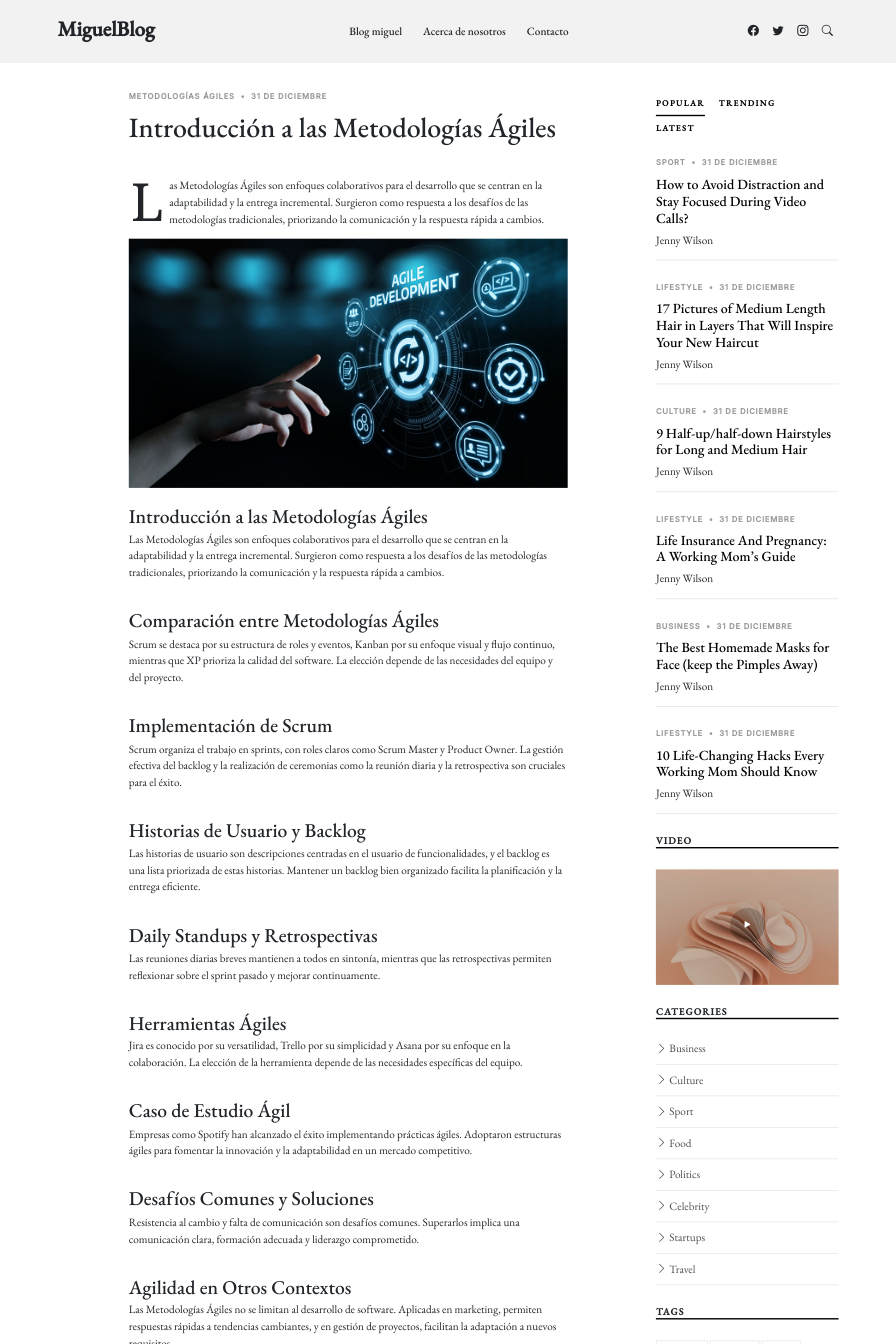
Repository: MiguelDev5/blog-miguel
Page: ma-post.html
An editor plug-in stored every save of this project. The page is shown before and after the next save, followed by the edit.
The browser window is 1280 px wide. The pictures show the part of the page from y = 0 to 1920 px (the page is 3064 px tall), at 70% of full size.
Some web fonts or font styles are not loaded; a fallback is used.

Above is the page before, as saved 2024-01-01 14:15:18.

After the next save:
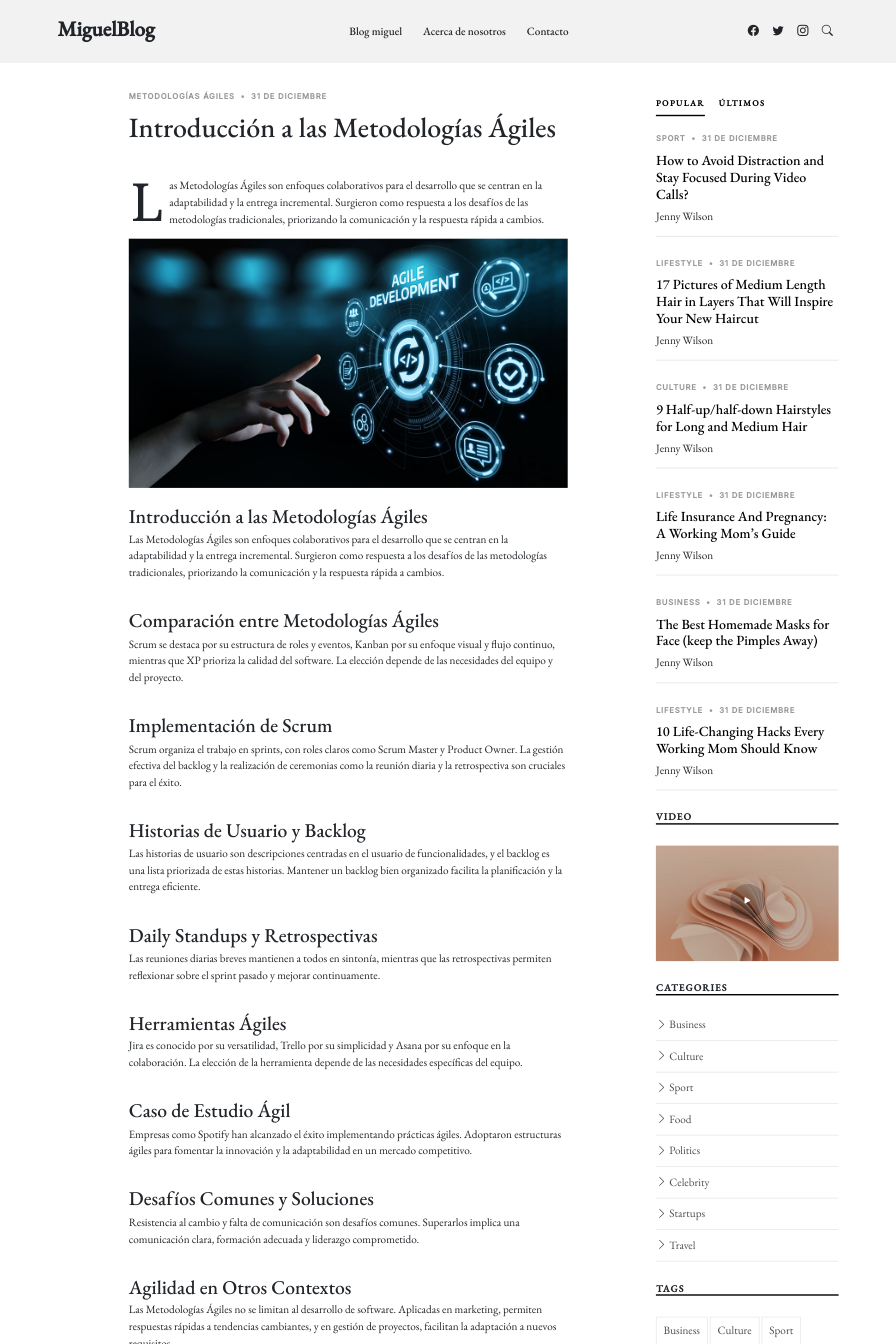
Saved 77 s later.
--- a/ma-post.html
+++ b/ma-post.html
@@ -173,10 +173,7 @@
                   <button class="nav-link active" id="pills-popular-tab" data-bs-toggle="pill" data-bs-target="#pills-popular" type="button" role="tab" aria-controls="pills-popular" aria-selected="true">Popular</button>
                 </li>
                 <li class="nav-item" role="presentation">
-                  <button class="nav-link" id="pills-trending-tab" data-bs-toggle="pill" data-bs-target="#pills-trending" type="button" role="tab" aria-controls="pills-trending" aria-selected="false">Trending</button>
-                </li>
-                <li class="nav-item" role="presentation">
-                  <button class="nav-link" id="pills-latest-tab" data-bs-toggle="pill" data-bs-target="#pills-latest" type="button" role="tab" aria-controls="pills-latest" aria-selected="false">Latest</button>
+                  <button class="nav-link" id="pills-latest-tab" data-bs-toggle="pill" data-bs-target="#pills-latest" type="button" role="tab" aria-controls="pills-latest" aria-selected="false">Últimos</button>
                 </li>
               </ul>
 
